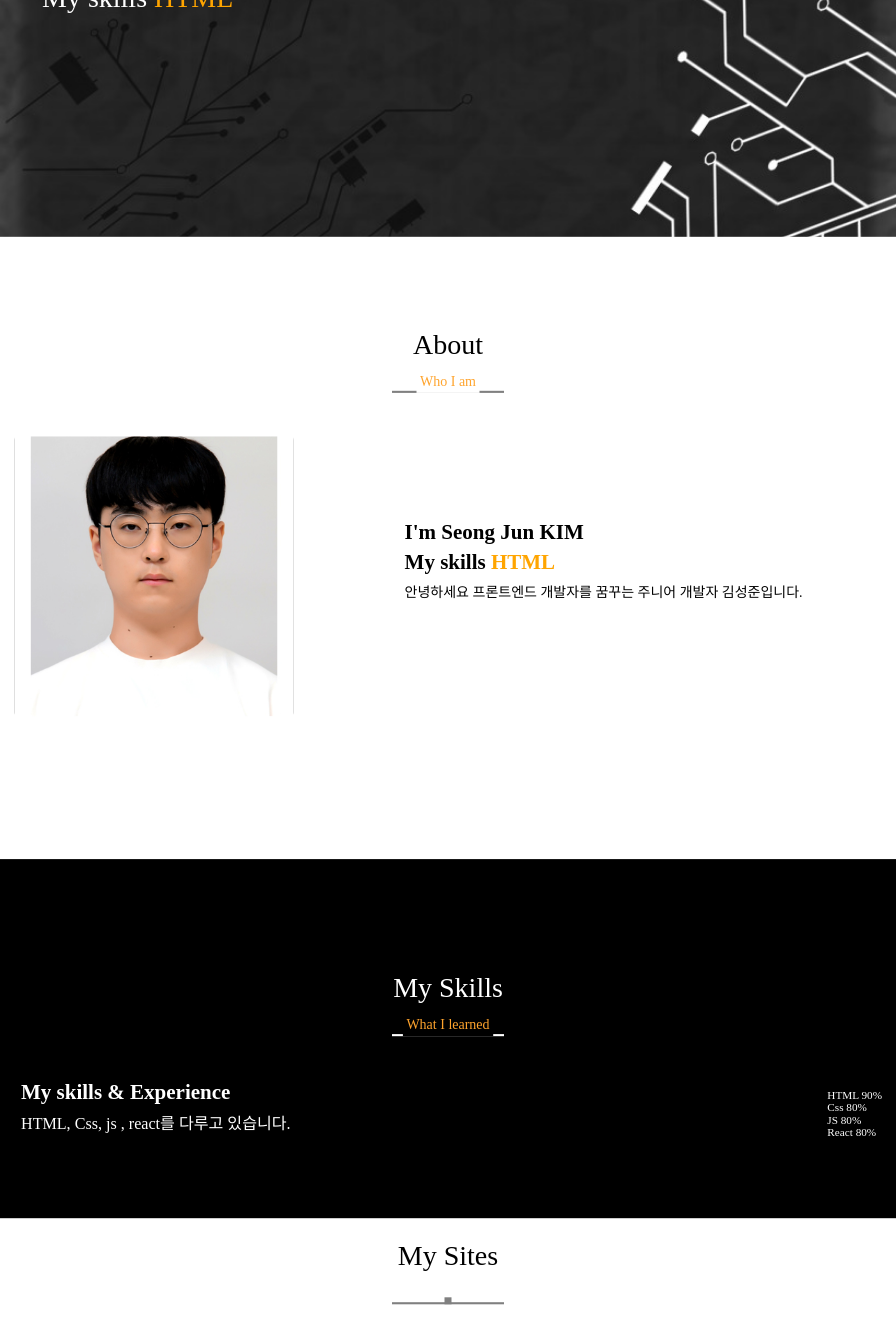
Repository: jun01270/jun
Page: index.html
The author's editor kept a copy of each file at every save. The page is drawn from the files as they stood at one save, then again after the next save.
The browser window is 1280 px wide. The pictures show the part of the page from y = 456 to 2356 px (the page is 3374 px tall before and 3369 px after), at 70% of full size.
A picture or video elsewhere on the page could not be fetched, so the positions and the page height are approximate. Some web libraries are served in a nearby version.

Above is the page before, as saved 2023-05-10 14:52:13.

### index.html
<!DOCTYPE html>
<html lang="en">
  <head>
    <meta charset="UTF-8" />
    <meta http-equiv="X-UA-Compatible" content="IE=edge" />
    <meta name="viewport" content="width=device-width, initial-scale=1.0" />
    <link rel="stylesheet" href="./css/style.css" />
    <link rel="stylesheet" href="./css/home.css" />
    <link rel="stylesheet" href="./css/about.css" />
    <link rel="stylesheet" href="./css/skills.css" />
    <link rel="stylesheet" href="./css/contact.css" />

    <script
      src="https://kit.fontawesome.com/252eac6dbf.js"
      crossorigin="anonymous"
    ></script>
    <title>Jun's site</title>
  </head>
  <body>
    <nav class="navbar">
      <div class="max-width">
        <div class="logo">
          <a href="#home">Jun's <span>Site</span></a>
        </div>
        <ul class="menu-bar">
          <li><a href="#home" class="menu-btn" id="homeID">Home</a></li>
          <li><a href="#about" class="menu-btn" id="homeID">About</a></li>
          <li><a href="#skills" class="menu-btn">Skills</a></li>
          <li><a href="#my-sites" class="menu-btn">My Sties</a></li>
          <li><a href="#contact" class="menu-btn">Contact</a></li>
        </ul>
      </div>
    </nav>

    <!--home섹션-->
    <section class="home" id="home">
      <div class="max-width">
        <div class="home-section">
          <div class="text-1">Hello! My Name is</div>
          <div class="text-2">Seong Jun KIM</div>
          <div class="text-3">My skills <span class="typing1">HTML</span></div>
        </div>
      </div>
    </section>

    <!--about섹션-->
    <section class="about" id="about">
      <div class="max-width">
        <h2 class="title">About</h2>
        <div class="about-content">
          <div class="left-column"><img src="./img/profile.jpg" /></div>
          <div class="right-column">
            <div class="about-text">I'm Seong Jun KIM</div>
            <div class="about-skills">
              My skills <span class="typing2">HTML</span>
            </div>
            <p>
              안녕하세요 프론트엔드 개발자를 꿈꾸는 주니어 개발자 김성준입니다.
            </p>
          </div>
        </div>
      </div>
    </section>

    <!--skills섹션-->
    <section class="skills">
      <div class="max-width">
        <h2 class="title">My Skills</h2>
        <div class="skills-content">
          <div class="left-column">
            <div class="skills-text">
              <div class="sub-title">My skills & Experience</div>
              <p>HTML, Css, js , react를 다루고 있습니다.</p>
            </div>
          </div>
          <div class="rigth-column">
            <div class="bars">
              <div class="bars-content">
                <span>HTML</span>
                <span>90%</span>
              </div>
              <div class="line-html"></div>
            </div>
            <div class="bars">
              <div class="bars-content">
                <span>Css</span>
                <span>80%</span>
              </div>
              <div class="line-css"></div>
            </div>
            <div class="bars">
              <div class="bars-content">
                <span>JS</span>
                <span>80%</span>
              </div>
              <div class="line-js"></div>
            </div>
            <div class="bars">
              <div class="bars-content">
                <span>React</span>
                <span>80%</span>
              </div>
              <div class="line-react"></div>
            </div>
          </div>
        </div>
      </div>
    </section>

    <!--My sties섹션-->
    <section class="my-sites">
      <div class="max-width">
        <h2 class="title">My Sites</h2>
        <div class="my-sites-content">
          <div class="left-column">
            <a href="https://web-jun.tistory.com/" target="_blank">
              <div class="site">
                <div class="site-images">
                  <img src="/img/blog.jpg" alt="" />
                  <div class="site-text">BLOG</div>
                  <p>개발하는 블로그입니다.</p>
                </div>
              </div>
            </a>
          </div>
          <div class="right-column">
            <a href="https://github.com/jun01270" target="_blank">
              <div class="site">
                <div class="site-images">
                  <img src="/img/github.jpg" alt="" />
                  <div class="site-text">BLOG</div>
                  <p>깃허브 사이트입니다.</p>
                </div>
              </div>
            </a>
          </div>
        </div>
      </div>
    </section>

    <!--Contact 섹션-->
    <section class="contact">
      <div class="max-width">
        <h2 class="title">Contact me</h2>
        <div class="contact-content">
          <div class="left-column">
            <div class="contact-text">My information</div>
            <p>
              동양미래대학교 컴퓨터소프트웨어공학과를 졸업하여 프론트엔드
              개발자가 되고싶은 주니어 개발자입니다.
            </p>
            <div class="icons-content">
              <i class="fas fa-user"></i>
              <div class="info">
                <div class="head">Name</div>
                <div class="tail">Seong Jun KIM</div>
              </div>
            </div>
            <div class="icons-content">
              <i class="fas fa-envelope"></i>
              <div class="info">
                <div class="head">E-mail</div>
                <div class="tail">kimsj012731@gmail.com</div>
              </div>
            </div>
            <div class="icons-content">
              <i class="fas fa-map-marked-alt"></i>
              <div class="info">
                <div class="head">Address</div>
                <div class="tail">경기도 광명시</div>
              </div>
            </div>
          </div>
          <div class="right-column">
            <div class="contact-text">Message Me!</div>
            <form action="#">
              <div class="fields">
                <div class="fields name">
                  <input type="text" placeholder="Name" />
                </div>
                <div class="fields Email">
                  <input type="email" placeholder="E-mail" />
                </div>
              </div>
              <div class="fields subject">
                <input type="text" placeholder="Subject" />
              </div>
              <div class="fields contact-area">
                <textarea
                  cols="30"
                  rows="10"
                  placeholder="Contact.. "
                  required
                ></textarea>
              </div>
              <div class="button">
                <button type="submit">Send Message</button>
              </div>
            </form>
          </div>
        </div>
      </div>
    </section>

    <!--Footer섹션-->
    <footer></footer>

    <!--JS섹션-->
  </body>
</html>

### css/style.css
@import url("https://fonts.googleapis.com/css2?family=Lora&display=swap");

* {
  margin: 0;
  padding: 0;
  box-sizing: border-box;
  text-decoration: none;
}

html {
  scroll-behavior: smooth;
}

.home .about .skills .my-sites .contact {
  padding-top: 86px;
}

.max-width {
  max-width: 1300px;
  padding: 0 20px;
  margin: auto;
}

.section {
  padding: 100px 0;
}

/* .about, .skills, .my-sites, .contact, .footer{
    //폰트삽입
} */

.title {
  position: relative;
  text-align: center;
  font-size: 40px;
  font-weight: 500;
  margin: 30px 0 100px 0;
  padding-bottom: 8px;
}

.title::before {
  content: "";
  position: absolute;
  bottom: -38px;
  left: 50%;
  width: 160px;
  height: 3px;
  background-color: gray;
  transform: translateX(-50%);
}

.title::after {
  content: "";
  position: absolute;
  bottom: -38px;
  left: 50%;
  font-size: 20px;
  color: rgb(255, 164, 45);
  padding: 5px;
  background-color: gray;
  transform: translateX(-50%);
}

.about .about-content,
.skills .skills-content,
.my-sites .my-sites-content,
.contact .contact-content {
  display: flex;
  align-items: center;
  flex-wrap: wrap;
  justify-content: space-between;
}

.navbar {
  position: relative;
  width: 100%;
  padding: 20px 0;
  z-index: 999;
  transition: all 0.3s ease;
  background-color: burlywood;
}

.navbar .max-width {
  display: flex;
  align-items: center;
  justify-content: space-between;
}

.navbar .logo {
  font-size: 30px;
  font-weight: 600;
  margin-left: 20px;
  color: black;
}

.navbar .logo a {
  color: white;
  text-decoration: none;
}

.navbar .logo a span {
  color: orange;
  transition: all 0.3s ease;
}

.navbar .menu-bar li {
  list-style: none;
  margin: 5px 20px 0 0;
  display: inline-block;
}

.navbar .menu-bar li a {
  display: block;
  text-decoration: none;
  font-size: 20px;
  font-weight: 500;
  margin-left: 15px;
  transition: all 0.3s ease;
}

.menu-bar li:hover {
  background-color: orange;
  border-radius: 3px;
}

.navbar.sticky {
  padding: 20px 0;
  background-color: black;
}

.navbar.sticky .logo a span {
  color: white;
}

.navbar.sticky .menu-bar li a:hover {
  color: white;
}

.navbar .menu-btn {
  color: white;
  font-size: 25px;
  display: none;
  cursor: pointer;
}

@media screen and (max-width: 700px) {
  .navbar {
    flex-direction: column;
    align-items: flex-start;
    margin: 0;
  }

  .menu-bar {
    flex-direction: column;
    align-items: center;
    width: 100%;
  }

  .menu-bar li {
    width: 100%;
    text-align: center;
  }
}

### css/home.css
.home {
  display: flex;
  height: 100vh;
  min-height: 500px;
  color: white;
  background: url("../img/back.jpg") no-repeat center;
  background-size: cover;
}

.home .max-width {
  margin: auto 0 auto 40px;
}

.home .home-section .text1 {
  font-size: 30px;
}

.home .home-section .text2 {
  font-size: 75px;
  font-weight: 600;
}

.home .home-section .text-3 {
  font-size: 40px;
}

.home .home-section .text-3 span {
  color: orange;
  font-weight: 500;
}

### css/about.css
.about {
  padding: 100px 0;
  transition: all 0.3s ease;
}

.about .title::after {
  content: "Who I am";
  background-color: white;
}

.about .about-content {
  margin-bottom: 100px;
}

.about .about-content .left-column {
  width: 45%;
}

.about .about-content .left-column img {
  height: 400px;
  width: 400px;
  object-fit: cover;
  border-radius: 6px;
}

.about .about-content .right-column {
  width: 55%;
  margin-bottom: 50px;
}

.about .about-content .right-column .about-text,
.about .about-content .right-column .about-skills {
  font-size: 30px;
  font-weight: 600;
  margin-bottom: 10px;
}

.about .about-content .right-column .about-skills span {
  color: orange;
}

.about .about-content .right-column P {
  text-align: justify;
  font-size: 20px;
}

### css/skills.css
.skills {
  padding: 100px 0;
  transition: all 0.3s ease;
}

.skills .title {
  padding-top: 30px;
}

.skills .title::before {
  background-color: white;
}

.skills .title::after {
  content: "What I learned";
  background-color: black;
}

.skills {
  color: white;
  background-color: black;
  padding-bottom: 100px;
}

.skills .sub-title {
  font-size: 30px;
  font-weight: 600;
  padding-bottom: 10px;
}

.skills .skills-content .column {
  width: calc(50% - 30px);
}

.skills .skills-content .left-column .skills-text {
  font-size: 23px;
  font-weight: 300;
  margin: 0 0 20px 10px;
  text-align: justify;
}

.skills .skills-content .right-column .bars {
}

Loaded but not shown: css/contact.css (no stored copy; drawn as an empty file)

After the next save:
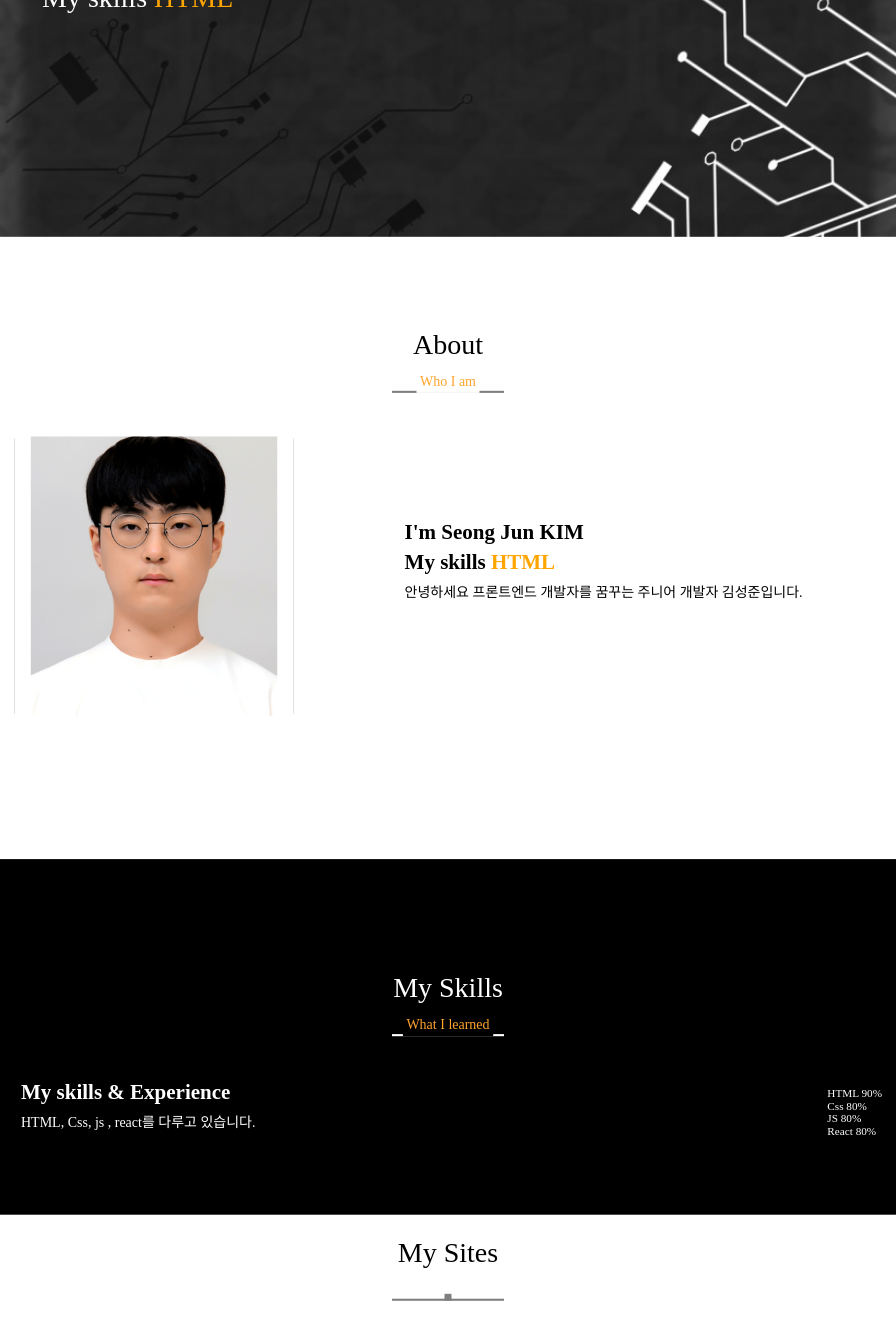
Saved 76 s later.
--- a/css/skills.css
+++ b/css/skills.css
@@ -39,5 +39,14 @@
   text-align: justify;
 }
 
+.skills .skills-content .left-column p{
+    font-size: 20px;
+  }
+
 .skills .skills-content .right-column .bars {
+    margin-bottom: 15px;
 }
+
+.skills .skills-content .right-column .bars-content{
+    display
+}
